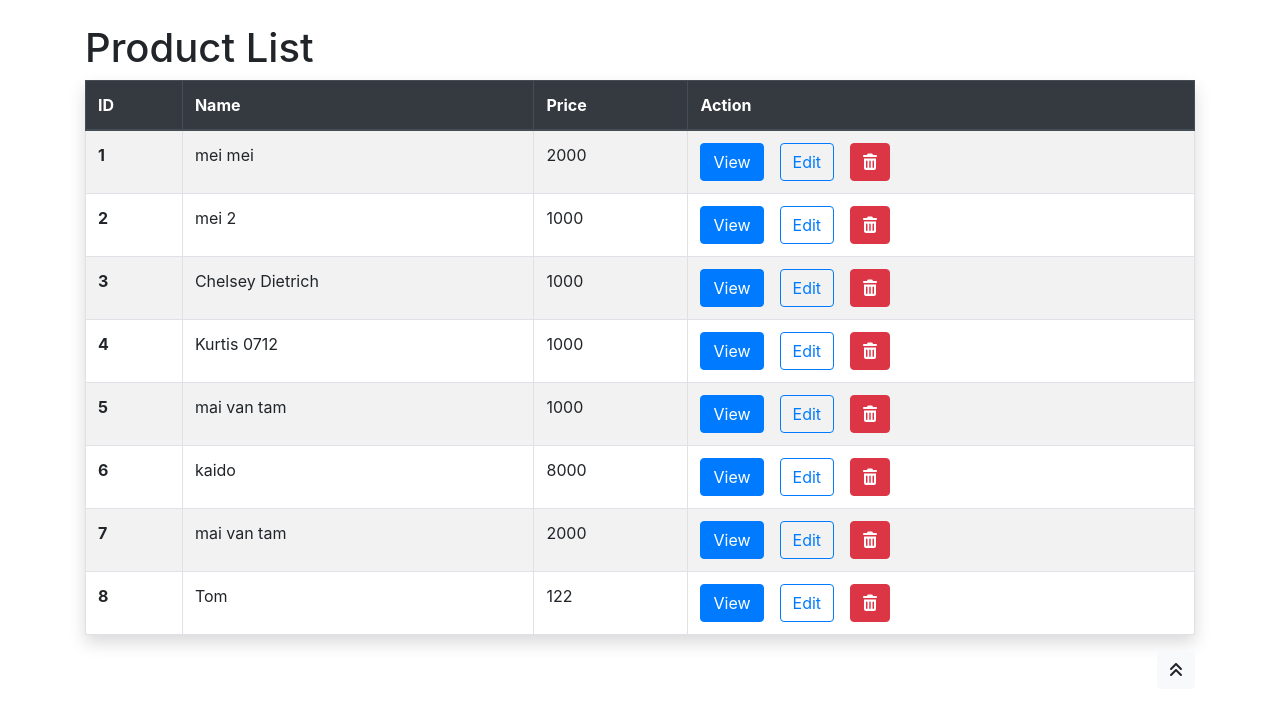
Repository: tammv/crud_product
Page: /manage-product
An editor plug-in stored every save of this project. The page is shown before and after the next save, followed by the edit.
The browser window is 1280 px wide. The pictures show the whole page.
The project was rebuilt for these pictures with package versions that can differ from the ones it lists, and the page was loaded fresh each time. Requests to the local data server were answered from the project's data file. Also part of the build but not shown: src/index.css, src/components/pages/NotFound.js, src/components/products/UpdateProduct.js, src/components/products/Product.js, src/components/products/AddProduct.js, src/components/layout/Navbar.js.

Above is the page before, as saved 2023-07-11 01:39:01.

After the next save:
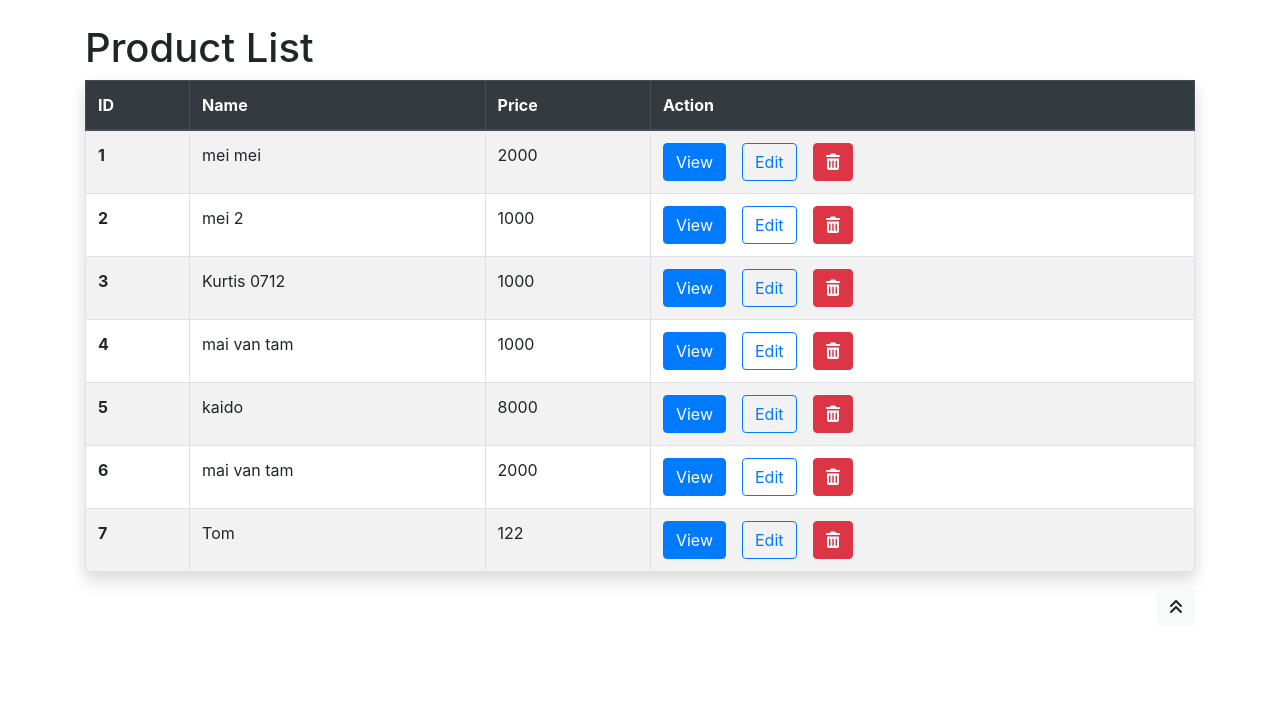
Saved 3 min 11 s later.
--- a/db.json
+++ b/db.json
@@ -8,11 +8,6 @@
     {
       "id": 2,
       "name": "mei 2",
-      "price": "1000"
-    },
-    {
-      "id": 5,
-      "name": "Chelsey Dietrich",
       "price": "1000"
     },
     {
@@ -40,11 +35,5 @@
       "price": "122",
       "id": 12
     }
-  ],
-  "users": [
-    {
-      "username": "admin",
-      "password": "12345"
-    }
   ]
 }
